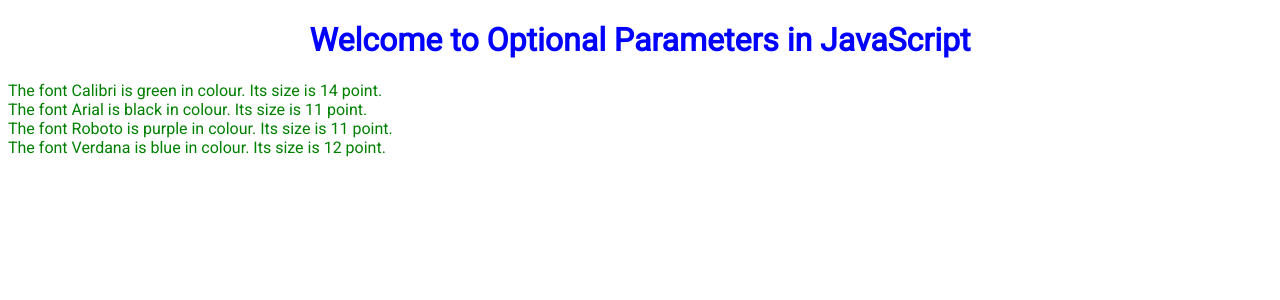
Repository: derektypist/optional-params-js
Page: index.html
The author's editor kept a record of every edit. The page is drawn from the files as they stood at one moment, then again after the next edit.
The browser window is 1280 px wide. The pictures show the whole page.

Above is the page before.

After the next edit:
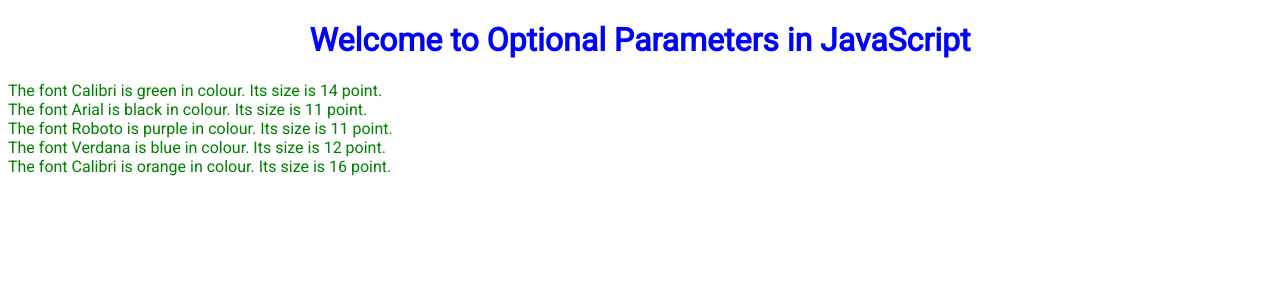
The edit:
--- a/js/main.js
+++ b/js/main.js
@@ -13,6 +13,7 @@
 txt += getFontInfo("Arial") + "<br>";
 txt += getFontInfo("Roboto", "purple") + "<br>";
 txt += getFontInfo("Verdana", "blue", 12) + "<br>";
+txt += getFontInfo("Calibri", "orange", 16) + "<br>";
 
 // Display txt in the browser window
 document.getElementById("demo").innerHTML = txt;
